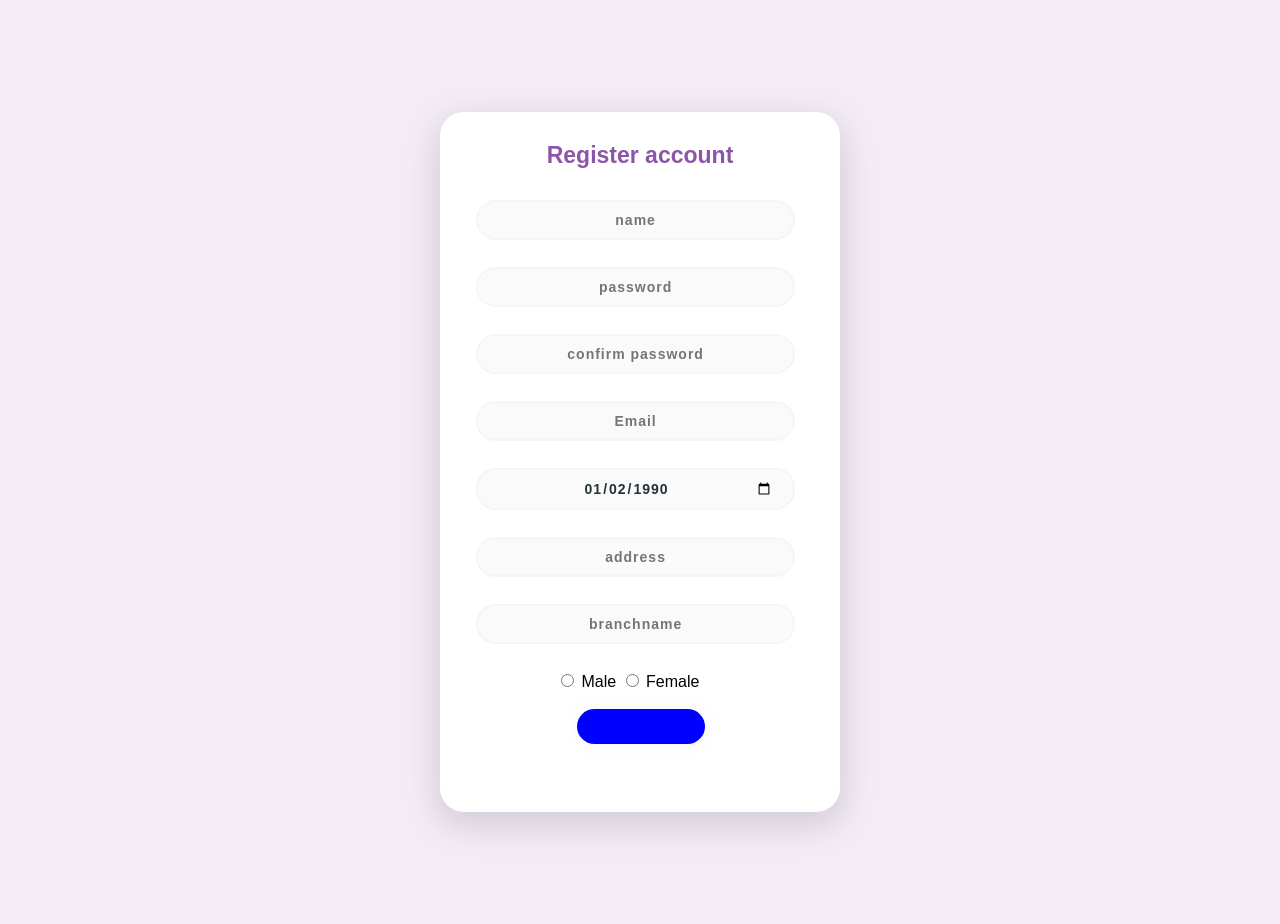
Repository: anujs099/bankingapp
Page: http://localhost/banking-application-final/Register.html
These files come from the project's save history. The page is drawn as it stood at one moment and after the next save; the edit follows.
The browser window is 1280 px wide. The pictures show the whole page.
The page is served by Tomcat 9. Other server files are loaded and not shown.

Above is the page before, as saved 2021-03-09 04:29:27.

### banking-application-final/WebContent/Register.html
<!DOCTYPE html>
<html>
<head>
<meta charset="ISO-8859-1">
<title>Insert title here</title>
<link rel="stylesheet" href="LoginFile.css">
</head>
<body>
<div class="main" style="width: 400px;
        height: 700px;">
        <p class="sign" align="center" style="padding-top:30px">Register account</p>
<Form action="registerservlet" method="post" style="margin:-10px" ><br>
<input type="text" placeholder="name" name="firstname" class="un"><br>
<input type="password" placeholder="password" name="password" class="un"><br>
<input type="password" placeholder="confirm password" class="un"><br>

<input type="email" placeholder="Email" name="email" class="un"><br>
<input type="date" min="1990-01-01" max="2030-02-08" value="1990-01-02" name="date" class="un"><br>
<input type="text" placeholder="address" name="Address" class="un"><br>
<input type="text" placeholder="branchname" name="branch" class="un"><br>
<div class="control" class="un" style="position: relative;left:30%">
  <label class="radio">
    <input type="radio" name="answer" value="male"></input>
   	Male
  </label>
  <label class="radio">
    <input type="radio" name="answer" value="female"></input>
    Female
  </label>
</div><br>
<input type="submit" value="Register" class="submit"><br>
</Form>
</div>
</body>
</html>

### banking-application-final/WebContent/LoginFile.css
@charset "ISO-8859-1";
 body {
        background-color: #F3EBF6;
        font-family: 'Ubuntu', sans-serif;
    }

    .main {
        background-color: #FFFFFF;
        width: 400px;
        height: 400px;
        margin: 7em auto;
        border-radius: 1.5em;
        box-shadow: 0px 11px 35px 2px rgba(0, 0, 0, 0.14);
    }

    .sign {
        padding-top: 40px;
        color: #8C55AA;
        font-family: 'Ubuntu', sans-serif;
        font-weight: bold;
        font-size: 23px;
    }

    .un {
    width: 76%;
    color: rgb(38, 50, 56);
    font-weight: 700;
    font-size: 14px;
    letter-spacing: 1px;
    background: rgba(136, 126, 126, 0.04);
    padding: 10px 20px;
    border: none;
    border-radius: 20px;
    outline: none;
    box-sizing: border-box;
    border: 2px solid rgba(0, 0, 0, 0.02);
    margin-bottom: 50px;
    margin-left: 46px;
    text-align: center;
    margin-bottom: 27px;
    font-family: 'Ubuntu', sans-serif;
    }

    form.form1 {
        padding-top: 40px;
    }

    .pass {
            width: 76%;
    color: rgb(38, 50, 56);
    font-weight: 700;
    font-size: 14px;
    letter-spacing: 1px;
    background: rgba(136, 126, 126, 0.04);
    padding: 10px 20px;
    border: none;
    border-radius: 20px;
    outline: none;
    box-sizing: border-box;
    border: 2px solid rgba(0, 0, 0, 0.02);
    margin-bottom: 50px;
    margin-left: 46px;
    text-align: center;
    margin-bottom: 27px;
    font-family: 'Ubuntu', sans-serif;
    }


    .un:focus, .pass:focus {
        border: 2px solid rgba(0, 0, 0, 0.18) !important;

    }

    .submit {
      cursor: pointer;
        border-radius: 5em;
        color:blue;
        background:blue;
        border: 0;
        padding-left: 40px;
        padding-right: 40px;
        padding-bottom: 10px;
        padding-top: 10px;
        font-family: 'Ubuntu', sans-serif;
        margin-left: 35%;
        font-size: 13px;
        box-shadow: 0 0 20px 1px rgba(0, 0, 0, 0.04);
    }

    .forgot {
        text-shadow: 0px 0px 3px rgba(117, 117, 117, 0.12);
        color: #E1BEE7;
        padding-top: 15px;
    }

    a {
        text-shadow: 0px 0px 3px rgba(117, 117, 117, 0.12);
        color: #E1BEE7;
        text-decoration: none
    }

    @media (max-width: 600px) {
        .main {
            border-radius: 0px;
        }

    }

After the next save:
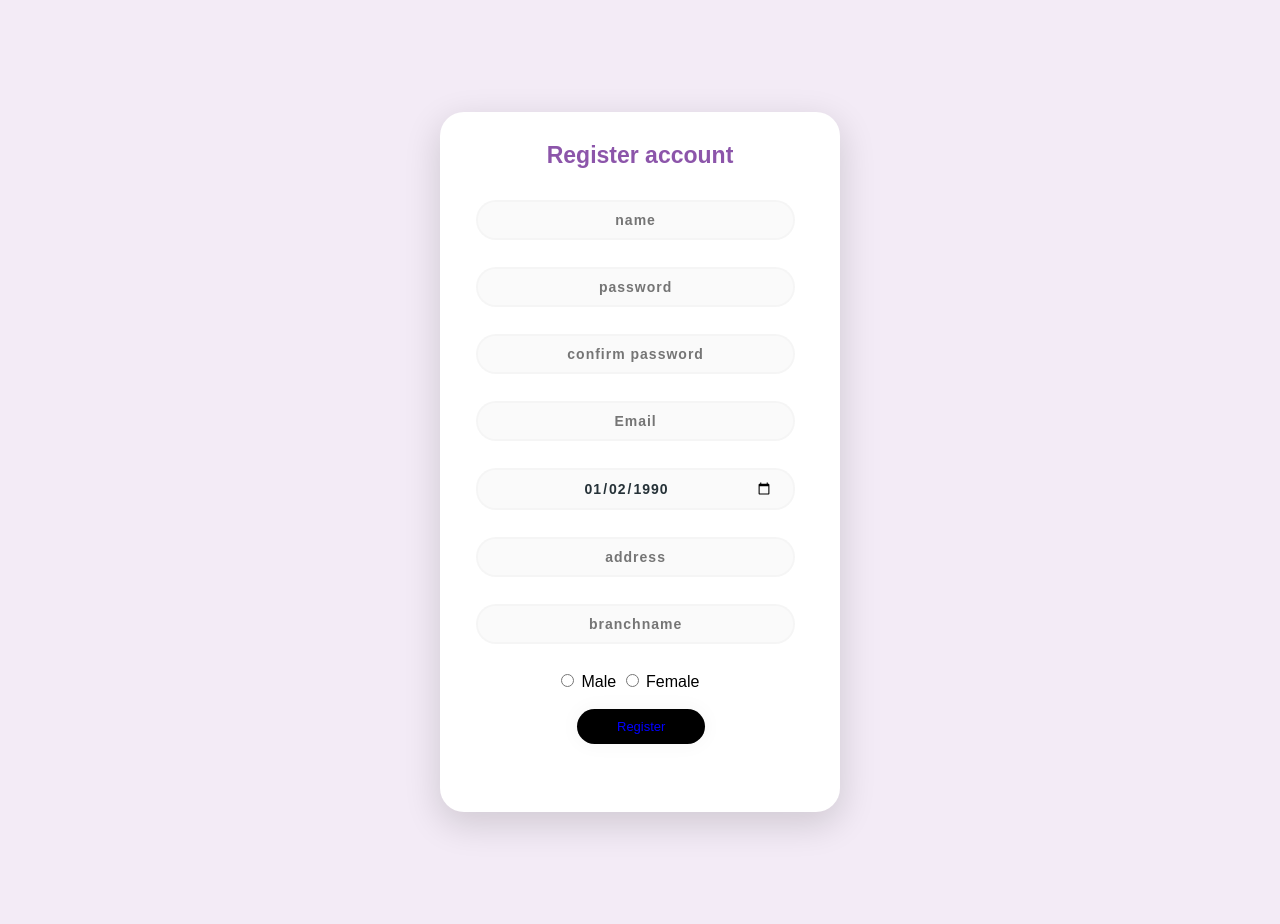
Saved 70 s later.
--- a/banking-application-final/WebContent/LoginFile.css
+++ b/banking-application-final/WebContent/LoginFile.css
@@ -75,7 +75,7 @@
       cursor: pointer;
         border-radius: 5em;
         color:blue;
-        background:blue;
+        background:black;
         border: 0;
         padding-left: 40px;
         padding-right: 40px;
